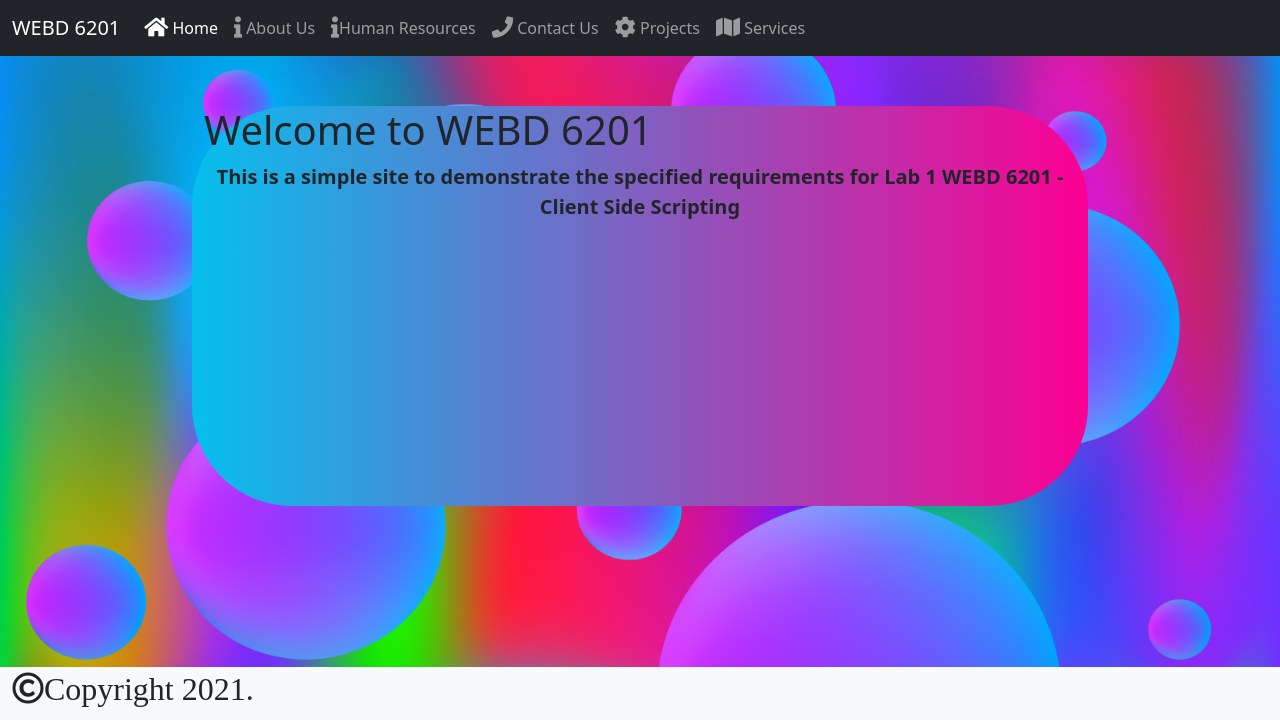
Repository: vans12345678/WEBD6201-W2021-Week3
Page: index.html
An editor plug-in stored every save of this project. The page is shown before and after the next save, followed by the edit.
The browser window is 1280 px wide. The pictures show the whole page.

Above is the page before, as saved 2021-01-28 19:47:29.
Console error: ReferenceError: mainContent is not defined

After the next save:
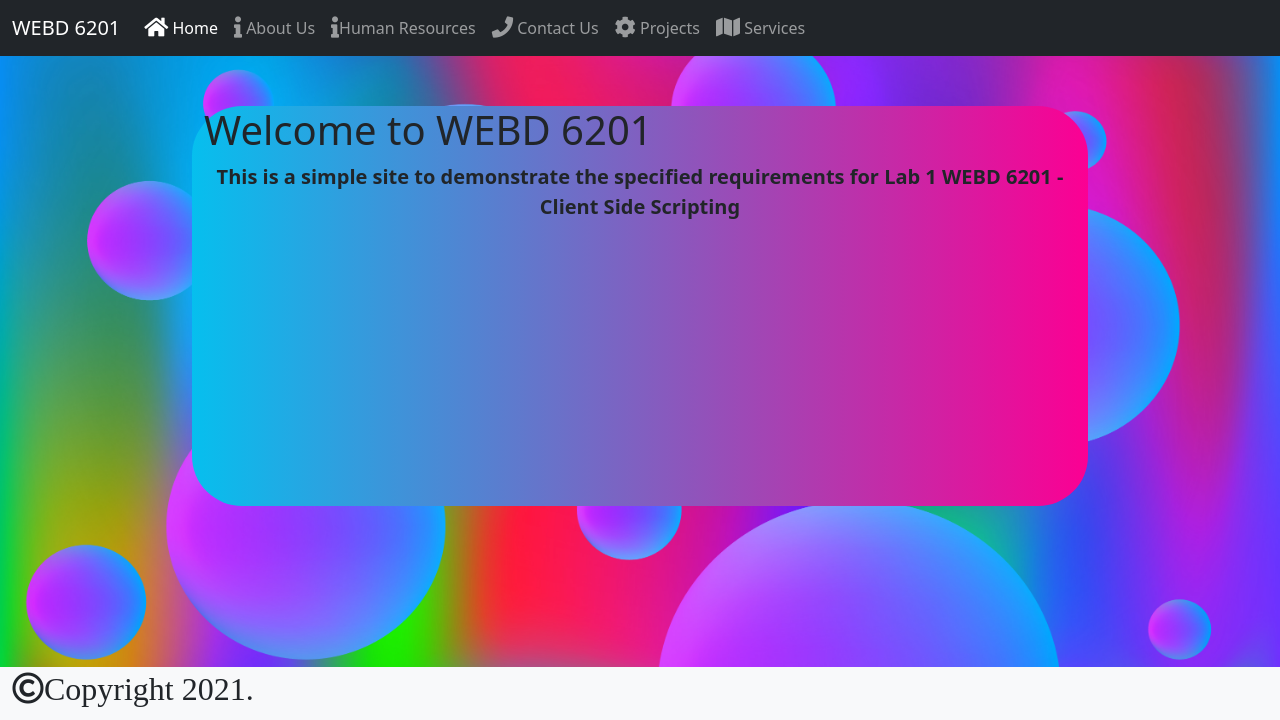
Saved 7 s later.
--- a/Content/app.css
+++ b/Content/app.css
@@ -7,7 +7,7 @@
   }
   .container{
 
-    border-radius: 100px;
+    border-radius: 50px;
     width: 70%;
     height: 400px;
     margin: 50px auto;
